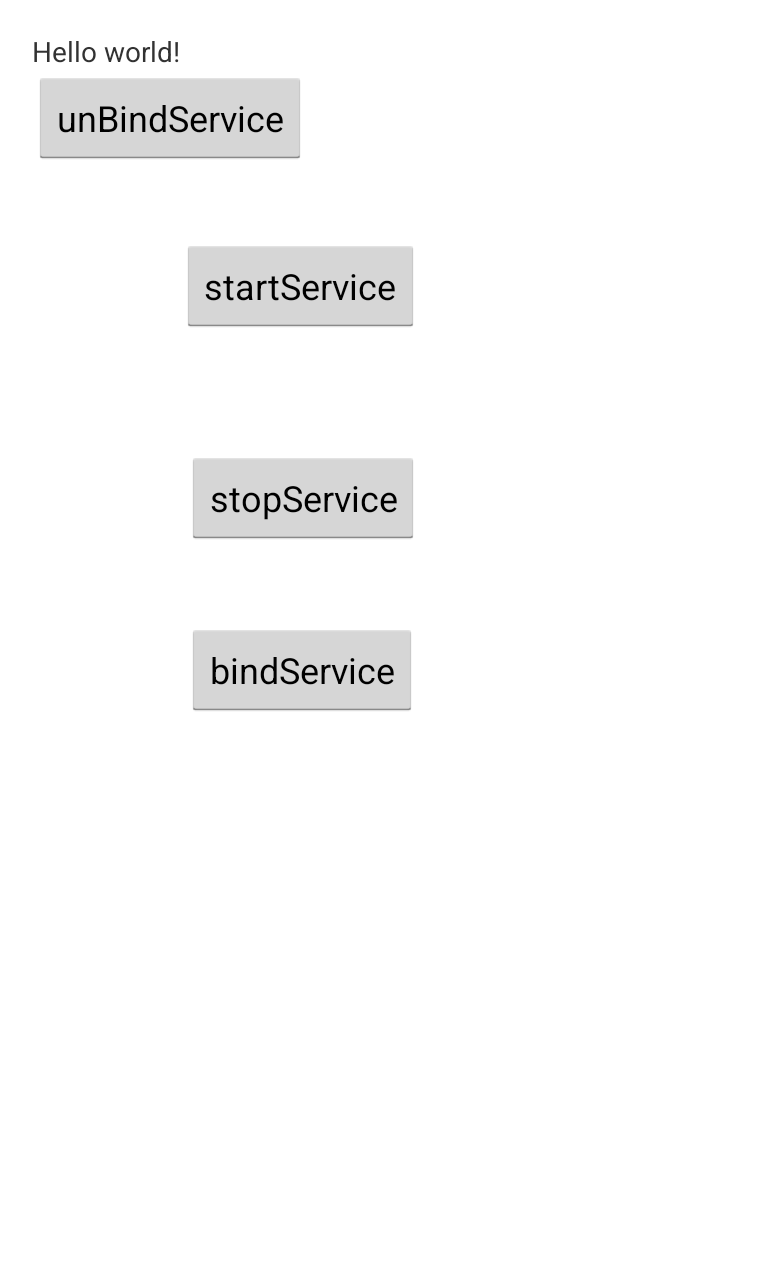
Repository: xfhy/Usually-learn-Android
Layout: Service 服务/1.服务入门/res/layout/activity_main.xml
These files come from the project's save history. The layout is drawn as it stood at one moment and after the next save; the edit follows.
It is drawn on a 768 x 1280 px phone screen (xhdpi) without system bars, with theme AppTheme; the app's code is not run.

Above is the layout before, as saved 2017-01-30 03:02:01.

### Service 服务/1.服务入门/res/layout/activity_main.xml
<RelativeLayout xmlns:android="http://schemas.android.com/apk/res/android"
    xmlns:tools="http://schemas.android.com/tools"
    android:layout_width="match_parent"
    android:layout_height="match_parent"
    android:paddingBottom="@dimen/activity_vertical_margin"
    android:paddingLeft="@dimen/activity_horizontal_margin"
    android:paddingRight="@dimen/activity_horizontal_margin"
    android:paddingTop="@dimen/activity_vertical_margin"
    tools:context="com.itheima.service.MainActivity$PlaceholderFragment" >

    <TextView
        android:id="@+id/textView1"
        android:layout_width="wrap_content"
        android:layout_height="wrap_content"
        android:text="@string/hello_world" />

    <Button
        android:id="@+id/bt_start"
        android:layout_width="wrap_content"
        android:layout_height="wrap_content"
        android:layout_below="@+id/textView1"
        android:layout_marginTop="84dp"
        android:layout_toRightOf="@+id/textView1"
        android:text="startService" />

    <Button
        android:id="@+id/bt_stop"
        android:layout_width="wrap_content"
        android:layout_height="wrap_content"
        android:layout_alignRight="@+id/bt_start"
        android:layout_below="@+id/bt_start"
        android:layout_marginTop="58dp"
        android:text="stopService" />

    <Button
        android:id="@+id/bt_bind"
        android:layout_width="wrap_content"
        android:layout_height="wrap_content"
        android:layout_alignLeft="@+id/bt_stop"
        android:layout_below="@+id/bt_stop"
        android:layout_marginTop="38dp"
        android:text="bindService" />

    <Button
        android:id="@+id/bt_unbind"
        android:layout_width="wrap_content"
        android:layout_height="wrap_content"
        android:layout_alignLeft="@+id/button1"
        android:layout_below="@+id/button1"
        android:layout_marginTop="19dp"
        android:text="unBindService" />

</RelativeLayout>

### Service 服务/1.服务入门/res/values/strings.xml
<?xml version="1.0" encoding="utf-8"?>
<resources>

    <string name="app_name">1.服务入门</string>
    <string name="hello_world">Hello world!</string>
    <string name="action_settings">Settings</string>

</resources>

Loaded but not shown: Service 服务/1.服务入门/res/values/styles.xml (common file); Service 服务/1.服务入门/res/values-v11/styles.xml (common file); Service 服务/1.服务入门/res/values-v14/styles.xml (common file); Service 服务/1.服务入门/res/values/dimens.xml (common file); Service 服务/1.服务入门/res/values-w820dp/dimens.xml (common file)

After the next save:
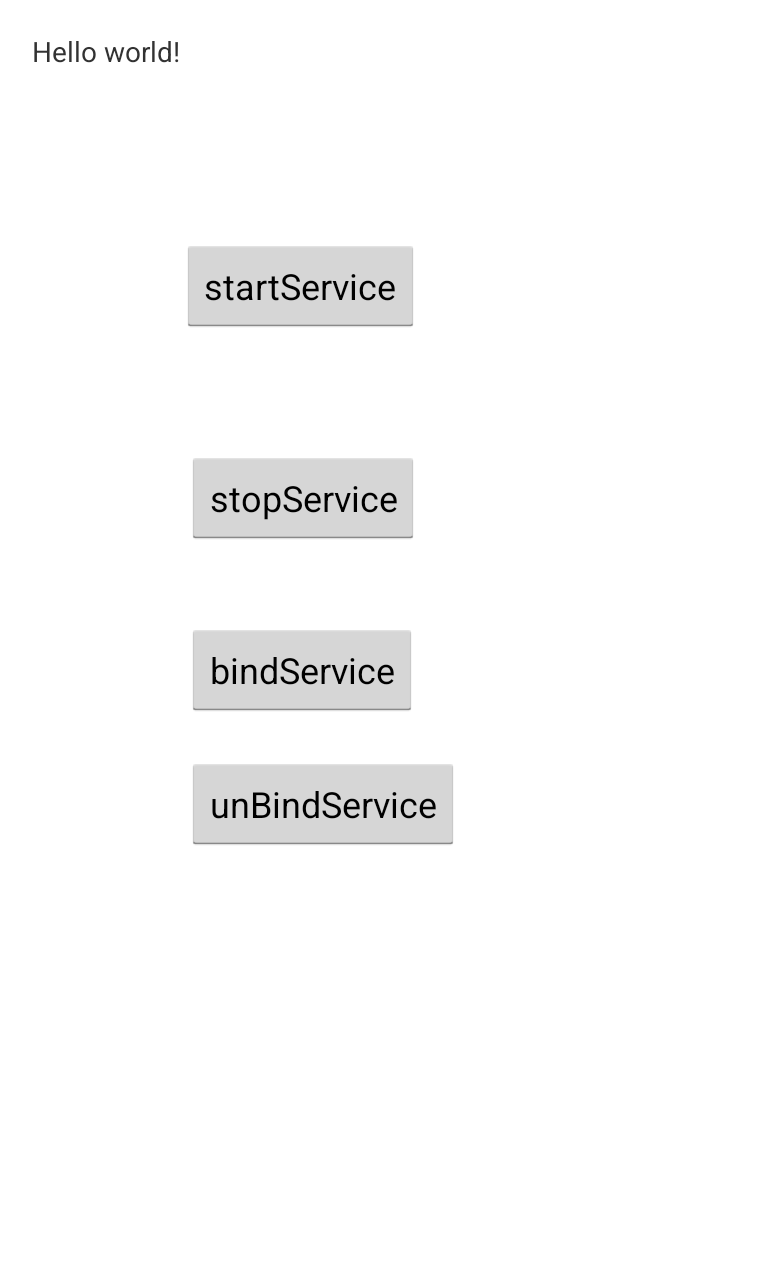
Saved 17 s later.
--- a/Service 服务/1.服务入门/res/layout/activity_main.xml
+++ b/Service 服务/1.服务入门/res/layout/activity_main.xml
@@ -45,8 +45,8 @@
         android:id="@+id/bt_unbind"
         android:layout_width="wrap_content"
         android:layout_height="wrap_content"
-        android:layout_alignLeft="@+id/button1"
-        android:layout_below="@+id/button1"
+        android:layout_alignLeft="@+id/bt_bind"
+        android:layout_below="@+id/bt_bind"
         android:layout_marginTop="19dp"
         android:text="unBindService" />
 
